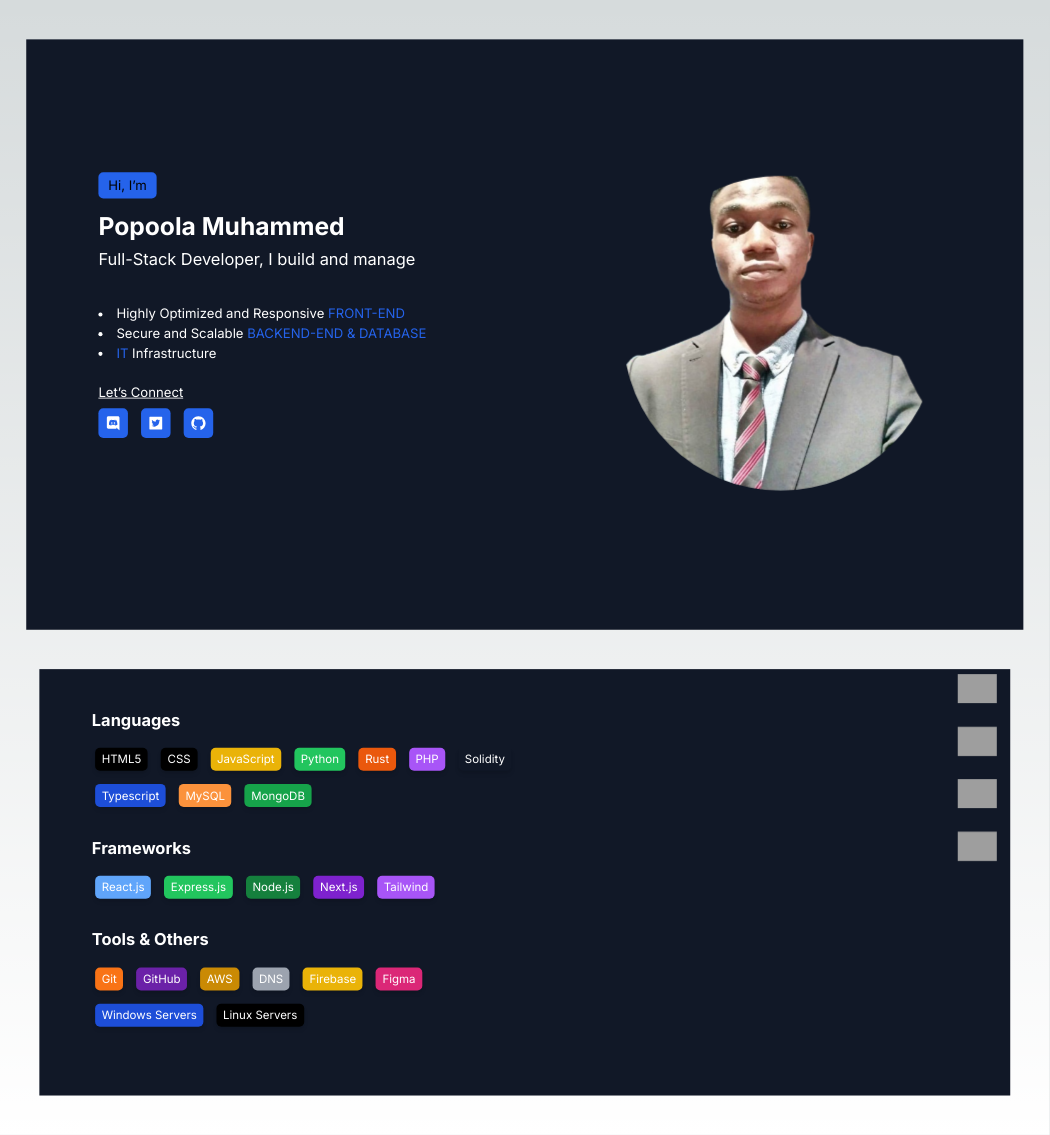
Repository: muhammedctgr/hammedctgr
Page: /
These files come from the project's save history. The page is drawn as it stood at one moment and after the next save; the edit follows.
The browser window is 1280 px wide. The pictures show the whole page, at 82% of full size.
Pictures or frames that could not be fetched are drawn as grey boxes. The project was rebuilt for these pictures with package versions that can differ from the ones it lists, and the page was loaded fresh each time. The framework's server and built-in components were replaced by stand-ins that run in the browser. Also part of the build but not shown: next.config.mjs.

Above is the page before, as saved 2024-08-01 15:25:53.

### app/layout.tsx
import type { Metadata } from "next";
import { Inter } from "next/font/google";
import "./globals.css";

const inter = Inter({ subsets: ["latin"] });

export const metadata: Metadata = {
  title: "Popoola Muhammed",
  description: "Generated by create next app",
};

export default function RootLayout({
  children,
}: Readonly<{
  children: React.ReactNode;
}>) {
  return (
    <html lang="en">
      <body className={inter.className}>{children}</body>
    </html>
  );
}

### app/page.tsx
import Head from 'next/head';
import Hero from '../components/Hero';
import SkillsSection from '@/components/SkillsSection';


const Home = () => (
  <div>
    <Head>
      <title>Popoola Muhammed</title>
      <meta name="description" content="Welcome to my developer portfolio" />
    </Head>

    <Hero />
    <SkillsSection />
  </div>
);

export default Home;

### app/globals.css
@tailwind base;
@tailwind components;
@tailwind utilities;

:root {
  --foreground-rgb: 0, 0, 0;
  --background-start-rgb: 214, 219, 220;
  --background-end-rgb: 255, 255, 255;
}

@media (prefers-color-scheme: dark) {
  :root {
    --foreground-rgb: 255, 255, 255;
    --background-start-rgb: 0, 0, 0;
    --background-end-rgb: 0, 0, 0;
  }
}

body {
  color: rgb(var(--foreground-rgb));
  background: linear-gradient(
      to bottom,
      transparent,
      rgb(var(--background-end-rgb))
    )
    rgb(var(--background-start-rgb));
}

@layer utilities {
  .text-balance {
    text-wrap: balance;
  }
}


@keyframes upDown {
  0%, 100% {
    transform: translateY(0);
  }
  50% {
    transform: translateY(-10px); /* Adjust the value as needed */
  }
}

.animate-upDown {
  animation: upDown 2s infinite ease-in-out; /* Adjust duration as needed */
}

### components/Hero.tsx
import Image from 'next/image';
import profilePic from '../public/profile.png';
import { AiFillDiscord, AiFillGithub, AiFillTwitterSquare, AiFillX } from 'react-icons/ai';

const Hero = () => {
  return (
    <section className="bg-gray-900 m-12 mx-8  text-white min-h-screen flex items-center">
      <div className="container mx-auto flex flex-col md:flex-row items-center">
        <div className="flex-1 text-left md:text-left p-8 pt-2 m-14 mt-2">
          <div className="inline-block bg-blue-600 text-black py-1 px-3 mb-4 rounded-md">
            Hi, I’m
          </div>
          <div className="mb-10">
          <h1 className="text-2xl md:text-3xl font-bold">Popoola Muhammed</h1>
          <p className="mt-2  md:text-xl">Full-Stack Developer, I build and manage</p>
          </div>
          <ul className="mt-4 list-disc list-inside whitespace-nowrap">
            <li>Highly Optimized and Responsive <span className="text-blue-600">FRONT-END</span></li>
            <li>Secure and Scalable <span className="text-blue-600">BACKEND-END & DATABASE</span></li>
            <li><span className="text-blue-600">IT</span> Infrastructure</li>
          </ul>
          <div className="mt-6">
            <a href="#contact" className=" underline">Let’s Connect</a>
            <div className="mt-2 flex md:justify-start space-x-4">
              <a href="#" className="bg-blue-600 p-2 rounded-md">
                <AiFillDiscord size={20} />
              </a>
              <a href="#" className="bg-blue-600 p-2 rounded-md">
                <AiFillTwitterSquare size={20} />
              </a>
              <a href="#" className="bg-blue-600 p-2 rounded-md">
                <AiFillGithub size={20} />
              </a>
            </div>
          </div>
        </div>
        <div className="flex-1 p-5">
          <div className="relative w-48 h-48 mx-8 md:w-72 md:h-72 lg:w-96 lg:h-96">
            <Image src={profilePic} alt="Popoola Muhammed" layout="fill" className="rounded-full object-cover animate-upDown" />
          </div>
        </div>
      </div>
    </section>
  );
};

export default Hero;

### components/SkillsSection.tsx
import Image from 'next/image';
import { FC } from 'react';

interface SkillCategory {
  title: string;
  skills: { name: string; color: string; }[];
}

const skills: SkillCategory[] = [
  {
    title: "Languages",
    skills: [
      { name: "HTML5", color: "bg-black" },
      { name: "CSS", color: "bg-black"},
      { name: "JavaScript", color: "bg-yellow-500" },
      { name: "Python", color: "bg-green-500" },
      { name: "Rust", color: "bg-orange-600" },
      { name: "PHP", color: "bg-purple-500" },
      { name: "Solidity", color: "bg-black-500" },
      { name: "Typescript", color: "bg-blue-700" },
      { name: "MySQL", color: "bg-orange-400" },
      { name: "MongoDB", color: "bg-green-600" },
    ],
  },
  {
    title: "Frameworks",
    skills: [
      { name: "React.js", color: "bg-blue-400" },
      { name: "Express.js", color: "bg-green-500" },
      { name: "Node.js", color: "bg-green-700" },
      { name: "Next.js", color: "bg-purple-700" },
      { name: "Tailwind", color: "bg-purple-500" },
    ],
  },
  {
    title: "Tools & Others",
    skills: [
      { name: "Git", color: "bg-orange-500" },
      { name: "GitHub", color: "bg-purple-800" },
      { name: "AWS", color: "bg-yellow-600" },
      { name: "DNS", color: "bg-gray-400" },
      { name: "Firebase", color: "bg-yellow-500" },
      { name: "Figma", color: "bg-pink-600" },
      { name: "Windows Servers", color: "bg-blue-700" },
      { name: "Linux Servers", color: "bg-black" },
    ],
  },
];

const icons = [
  "/icons/html5.svg", // Replace with your icon paths
  "/icons/css3.svg",
  "/icons/javascript.svg",
  "/icons/python.svg",
  // Add the rest of the icons as needed
];

const SkillsSection: FC = () => {
  return (
    <section className="m-12 bg-gray-900 text-white">
      <div className="container mx-auto px-4 flex flex-col md:flex-row">
        <div className="flex-1 m-12">
          {skills.map((category) => (
            <div key={category.title} className="mb-8">
              <h2 className="text-xl font-bold mb-4">{category.title}</h2>
              <div className="flex flex-wrap gap-2">
                {category.skills.map((skill) => (
                  <span
                    key={skill.name}
                    className={`px-2 py-1 m-1 rounded-md text-sm ${skill.color} shadow-md`}
                  >
                    {skill.name}
                  </span>
                ))}
              </div>
            </div>
          ))}
        </div>
        <div className="flex-1 flex flex-col items-center md:items-end">
          <div className="grid grid-cols-3 md:grid-cols-1 gap-4">
            {icons.map((src, index) => (
              <div key={index} className="w-12 h-12 relative">
                <Image src={src} alt={`icon-${index}`} layout="fill" objectFit="contain" />
              </div>
            ))}
          </div>
        </div>
      </div>
    </section>
  );
};

export default SkillsSection;

Loaded but not shown: tailwind.config.ts (common file)

After the next save:
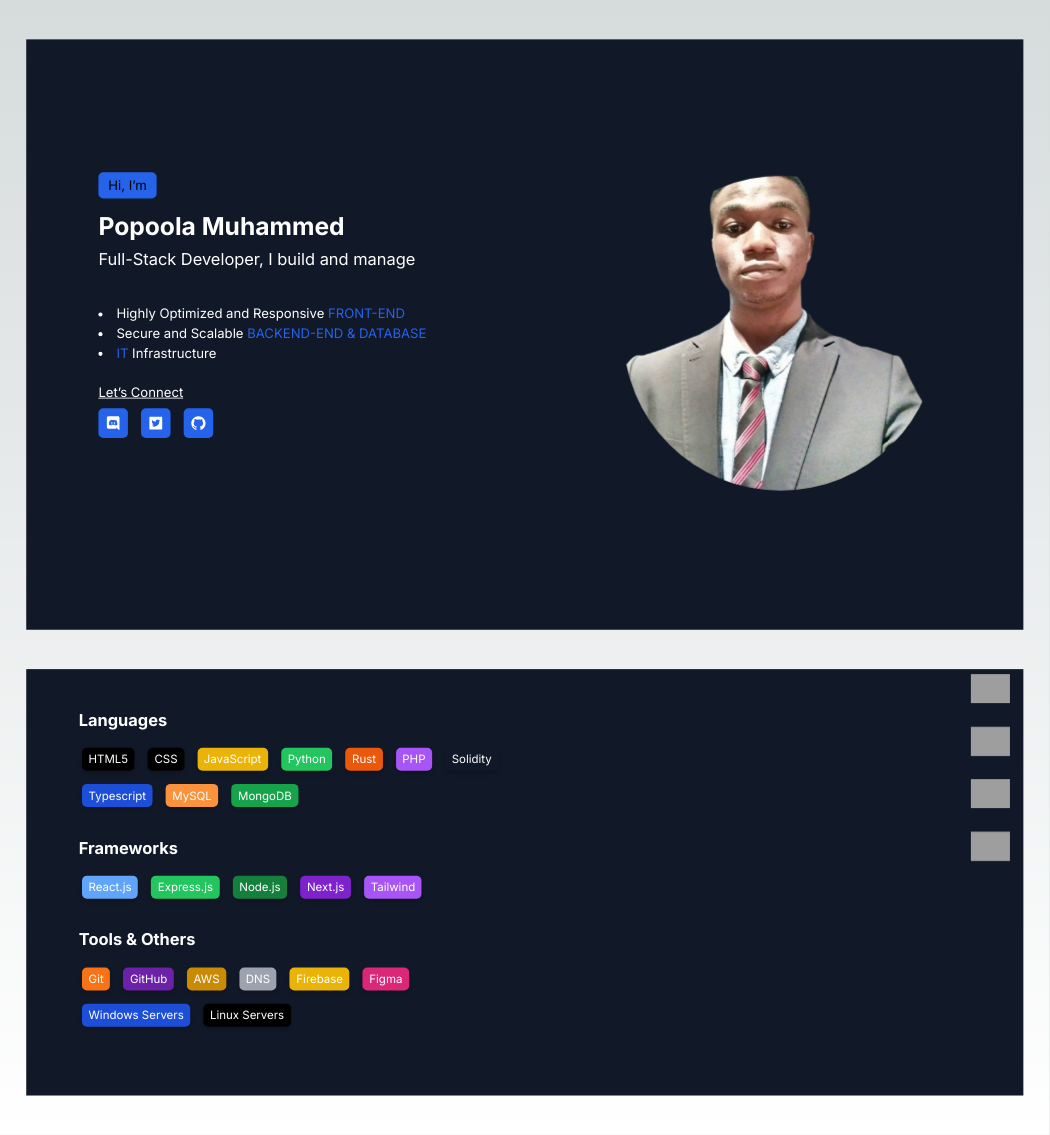
Saved 3 min 29 s later.
--- a/components/SkillsSection.tsx
+++ b/components/SkillsSection.tsx
@@ -57,7 +57,7 @@ const icons = [
 
 const SkillsSection: FC = () => {
   return (
-    <section className="m-12 bg-gray-900 text-white">
+    <section className="m-12 mx-8 bg-gray-900 text-white">
       <div className="container mx-auto px-4 flex flex-col md:flex-row">
         <div className="flex-1 m-12">
           {skills.map((category) => (
